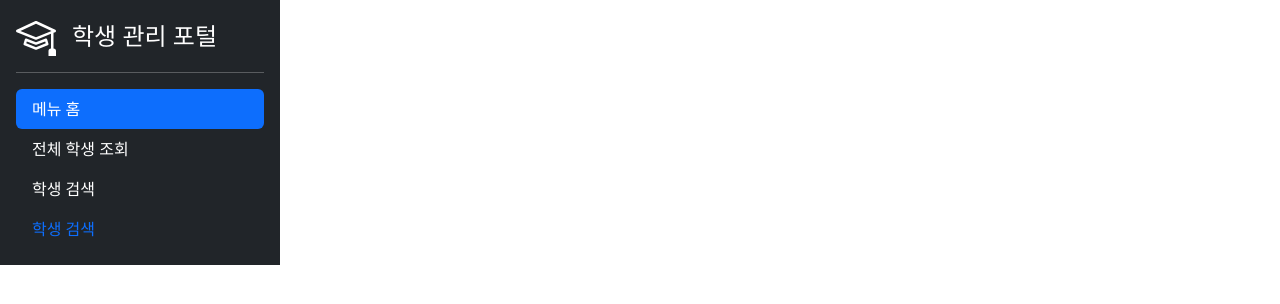
Repository: invisibleufo101/StudentManagementWeb
Page: HSW_Web/src/main/webapp/index.html
An editor plug-in stored every save of this project. The page is shown before and after the next save, followed by the edit.
The browser window is 1280 px wide. The pictures show the whole page.

Above is the page before, as saved 2024-09-19 09:38:04.

### HSW_Web/src/main/webapp/index.html
<!DOCTYPE html>
<html>
<head>
	<meta charset="UTF-8">
	<meta name="viewport" content="width=device-width, initial-scale=1">
	<link rel="stylesheet" href="css/bootstrap.min.css" />
	<script defer src="js/bootstrap.bundle.min.js"></script>
	<title>학생 관리 포털</title>
</head>
<body>
	<main class="d-flex flex-nowrap">
		<div class="d-flex flex-column flex-shrink-0 p-3 text-bg-dark" style="width: 280px;">
			<a href="/" class="d-flex justify-content-center align-items-center mb-3 mb-md-0 me-md-auto text-white text-decoration-none">
				<svg xmlns="http://www.w3.org/2000/svg" width="40" height="40" fill="currentColor" class="bi bi-mortarboard" viewBox="0 0 16 16">
				 	<path d="M8.211 2.047a.5.5 0 0 0-.422 0l-7.5 3.5a.5.5 0 0 0 .025.917l7.5 3a.5.5 0 0 0 .372 0L14 7.14V13a1 1 0 0 0-1 1v2h3v-2a1 1 0 0 0-1-1V6.739l.686-.275a.5.5 0 0 0 .025-.917zM8 8.46 1.758 5.965 8 3.052l6.242 2.913z"/>
				 	<path d="M4.176 9.032a.5.5 0 0 0-.656.327l-.5 1.7a.5.5 0 0 0 .294.605l4.5 1.8a.5.5 0 0 0 .372 0l4.5-1.8a.5.5 0 0 0 .294-.605l-.5-1.7a.5.5 0 0 0-.656-.327L8 10.466zm-.068 1.873.22-.748 3.496 1.311a.5.5 0 0 0 .352 0l3.496-1.311.22.748L8 12.46z"/>
				</svg>
				<span class="ms-3" style="font-size: 1.5rem;">학생 관리 포털</span>
			</a>
			<hr />
			<ul class="nav nav-pills flex-column mb-auto">
				<li class="nav-item">
					<a href="#" class="nav-link active">
						메뉴 홈
					</a>
				</li>

				<li>
					<a href="#" class="nav-link text-white">
						전체 학생 조회
					</a>
				</li>

				<li>
					<a href="#" class="nav-link text-white">
						학생 검색
					</a>
				</li>

				<li>
					<a href="#" class="nav-link">
						학생 검색
					</a>
				</li>
			</ul>
		</div>
	</main>
</body>
</html>

Loaded but not shown: HSW_Web/src/main/webapp/css/bootstrap.min.css (library); HSW_Web/src/main/webapp/js/bootstrap.bundle.min.js (no copy from this time; the picture is the same without it)

After the next save:
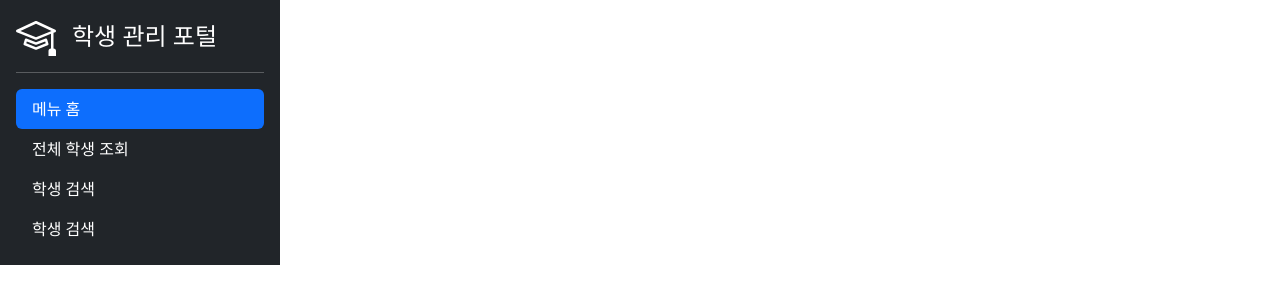
Saved 4 s later.
--- a/HSW_Web/src/main/webapp/index.html
+++ b/HSW_Web/src/main/webapp/index.html
@@ -38,7 +38,7 @@
 				</li>
 
 				<li>
-					<a href="#" class="nav-link">
+					<a href="#" class="nav-link text-white">
 						학생 검색
 					</a>
 				</li>
